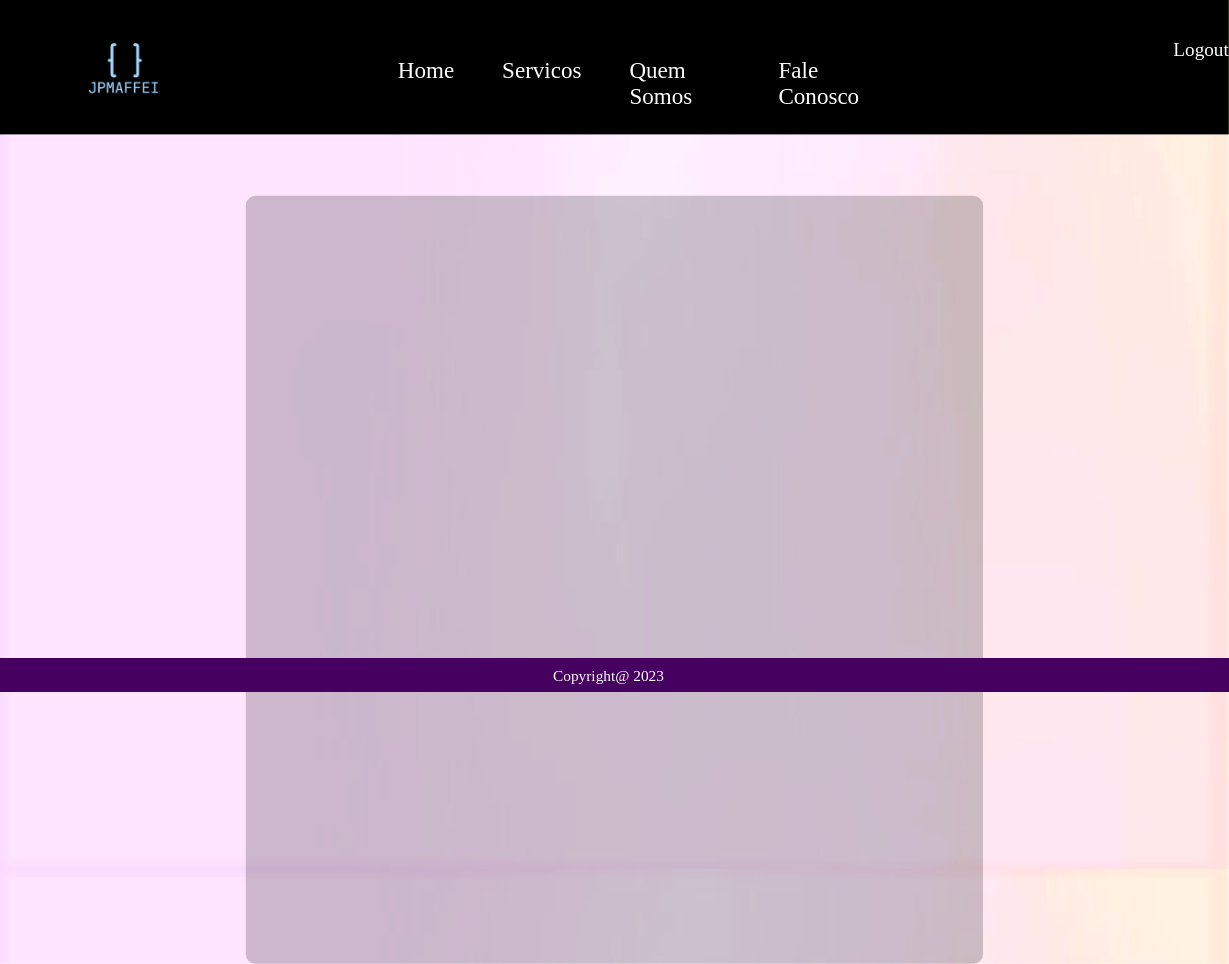
Repository: jpmaffei18/PROJETO_JAVA
Page: http://localhost/FinalWeb/index.jsp
These files come from the project's save history. The page is drawn as it stood at one moment and after the next save; the edit follows.
The browser window is 1280 px wide. The pictures show the whole page, at 96% of full size.
Backgrounds fixed to the window are drawn as part of the page. The page is served by Tomcat 9. Other server files are loaded and not shown.

Above is the page before, as saved 2023-04-05 11:43:43.

### FinalWeb/src/main/webapp/index.jsp

<!DOCTYPE html>
<html lang="en">
    <head>
        <meta charset="UTF-8">
        <meta http-equiv="X-UA-Compatible" content="IE=edge">
        <meta name="viewport" content="width=device-width, initial-scale=1.0">
        <link href="home.css" rel="stylesheet" type="text/css">
        <link href="imagens/icon.png" rel="icon">
        <title>HOME</title>
    </head>
<body>
  <header>
  <img src="imagens/logo.png" class="logo">

    <ul>
        <li> Home</li>
        <li> Servicos</li>
        <li> Quem Somos</li>
        <li> Fale Conosco</li>
    </ul>

    <div class="logincadastro">
    <a href="logincadastro.jsp" action="LogoutServlet">Logout</a>
    </div>

</header>

<div class="conteudo">

</div>




<footer class="rodape"> <p>Copyright@ 2023</p> </footer>
</body>
</html>

### FinalWeb/src/main/webapp/home.css
@charset "ISO-8859-1";

body{
    	margin: 0;
        background: url(imagens/fundoroxo.jpg) center center no-repeat fixed;
        -webkit-background-size: cover;
        -moz-background-size: cover;
        -o-background-size: cover;
        background-size: cover;
        overflow: scroll;
      }


header{
    background-color: black;
    width: 100%;
    height: 140px;
    color: white;
    display: flex;
}

.logo{
    width: 15%;
    height: 150px;
    margin-left: 3%;
}

header ul{
    display: flex;
    margin-left: 8%;
    margin-top:60px;
}

header li{
    list-style: none;
    font-size: 24px;
    margin-left: 50px;
}

.conteudo{
    background-color: rgba(0,0,0,.20);
    width: 60%;
    height:800px;
    margin: auto;
    margin-top: 5%;
    border-radius:10px;
}

.logincadastro{
    display: flex;
    margin-left: 300px;
    margin-top: 40px;
    font-size: 20px;


}

.logincadastro a{
    margin-left: 5px;
    color:white;
}

.logincadastro a{
    text-decoration: none;
    color: white;
}

.rodape{
background: #46005F;
width: 100%;
height: 35px;
position: fixed;
bottom: 0;
left: 0;
}

.rodape p{
	margin-left: 45%;
	margin-top: 10px;
	color:white;
}

After the next save:
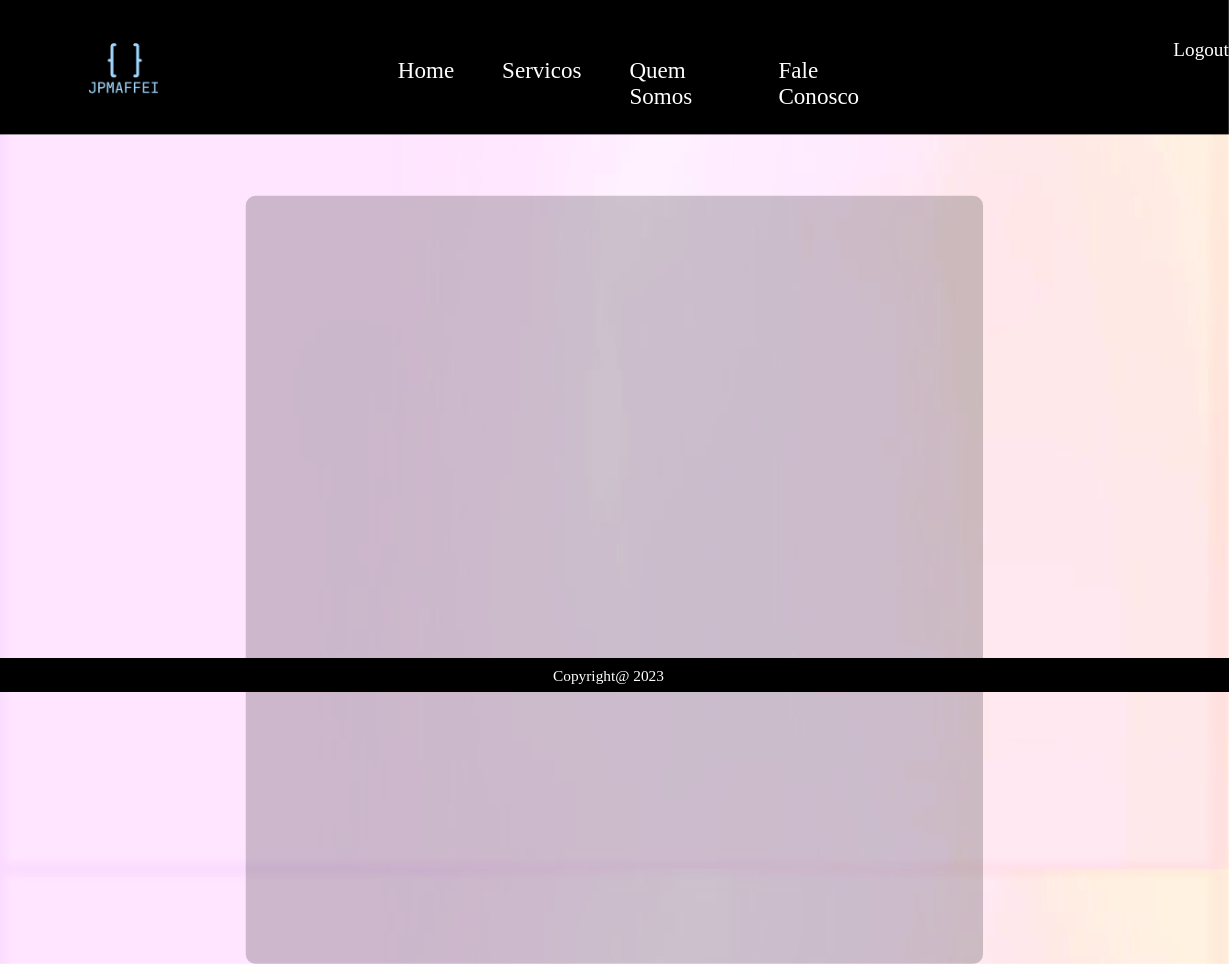
Saved 5 days later.
--- a/FinalWeb/src/main/webapp/home.css
+++ b/FinalWeb/src/main/webapp/home.css
@@ -66,7 +66,7 @@ header li{
 }
 
 .rodape{
-background: #46005F;
+background-color: black;
 width: 100%;
 height: 35px;
 position: fixed;
